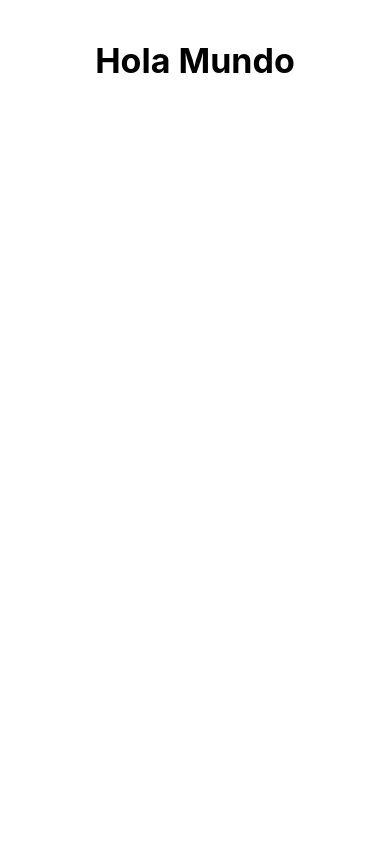
Repository: AleMicky/citas
Screen: /
The author's editor kept a copy of each file at every save. The screen is drawn from the files as they stood at one save, then again after the next save.
The app was drawn by React Native's web renderer in a window 390 px wide. The project was rebuilt for these pictures with package versions that can differ from the ones it lists, and the page was loaded fresh each time.

Above is the screen before, as saved 2020-06-26 23:44:59.

### App.js
import React from 'react'
import { View, Text, StyleSheet } from 'react-native'

export default function App() {
  return (
    <View>
        <Text style={styles.titulo}>Hola Mundo</Text>
    </View>
  )
}

const styles = StyleSheet.create({
  titulo:{
    marginTop:40,
    fontSize: 34,
    fontWeight:'bold',
    textAlign:'center'
  }
})

After the next save:
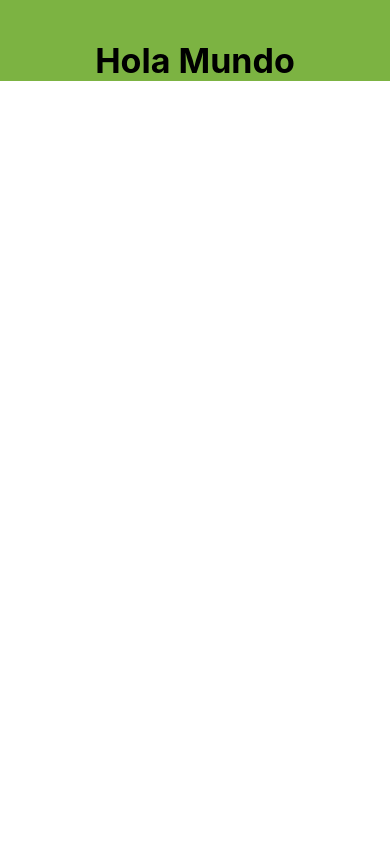
Saved 80 s later.
--- a/App.js
+++ b/App.js
@@ -3,13 +3,16 @@ import { View, Text, StyleSheet } from 'react-native'
 
 export default function App() {
   return (
-    <View>
+    <View style={styles.container}>
         <Text style={styles.titulo}>Hola Mundo</Text>
     </View>
   )
 }
 
 const styles = StyleSheet.create({
+  container:{
+    backgroundColor:'#7cb342'
+  },
   titulo:{
     marginTop:40,
     fontSize: 34,
